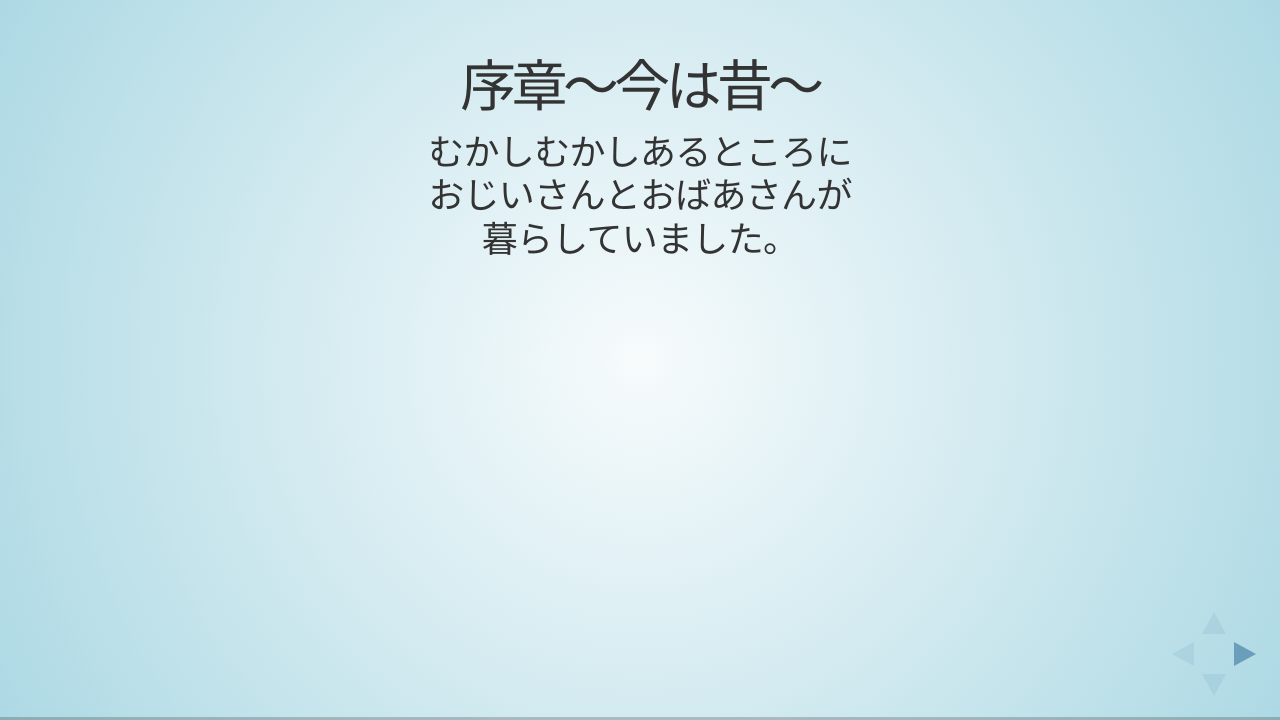
Repository: yanom/yanom-node
Page: client/index.html
The author's editor kept a record of every edit. The page is drawn from the files as they stood at one moment, then again after the next edit.
The browser window is 1280 px wide. The pictures show the whole page.

Above is the page before.

After the next edit:
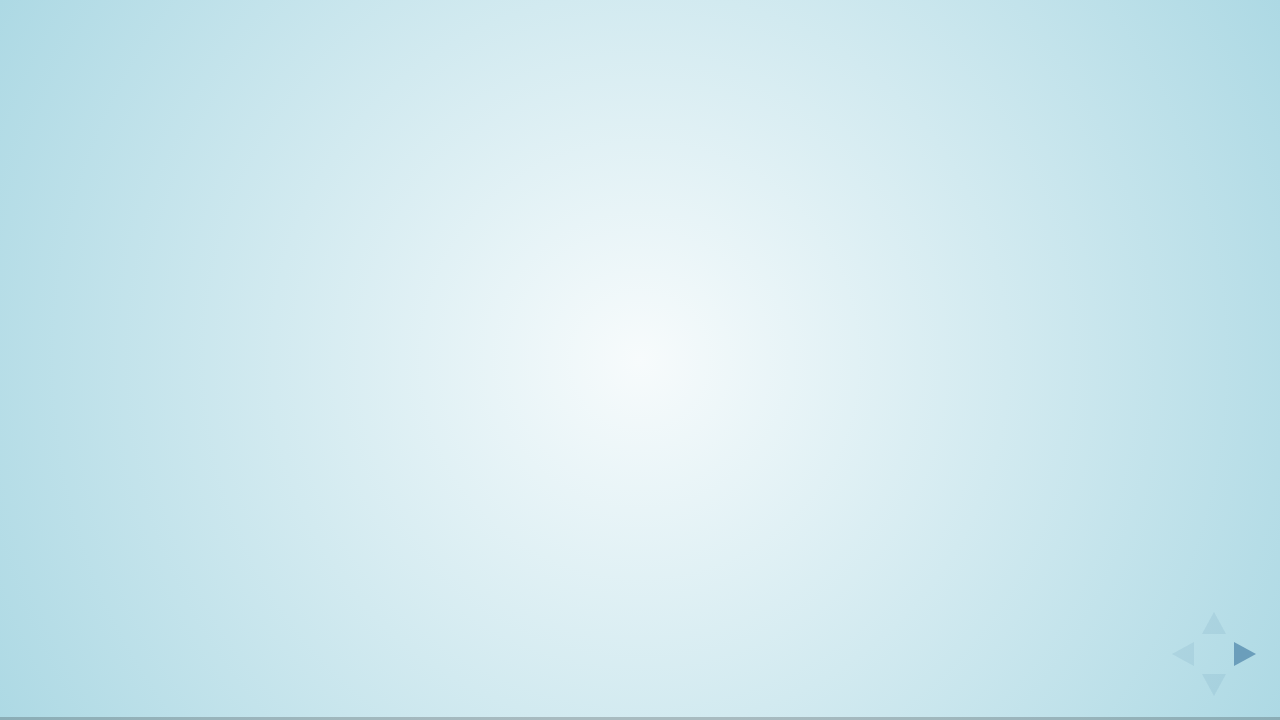
The edit:
--- a/client/index.html
+++ b/client/index.html
@@ -22,6 +22,10 @@
 	<div class="reveal">
 
 		<div class="slides">
+
+			<section data-markdown>
+
+			</section>
 
 			<section data-markdown>
 				### 序章～今は昔～
